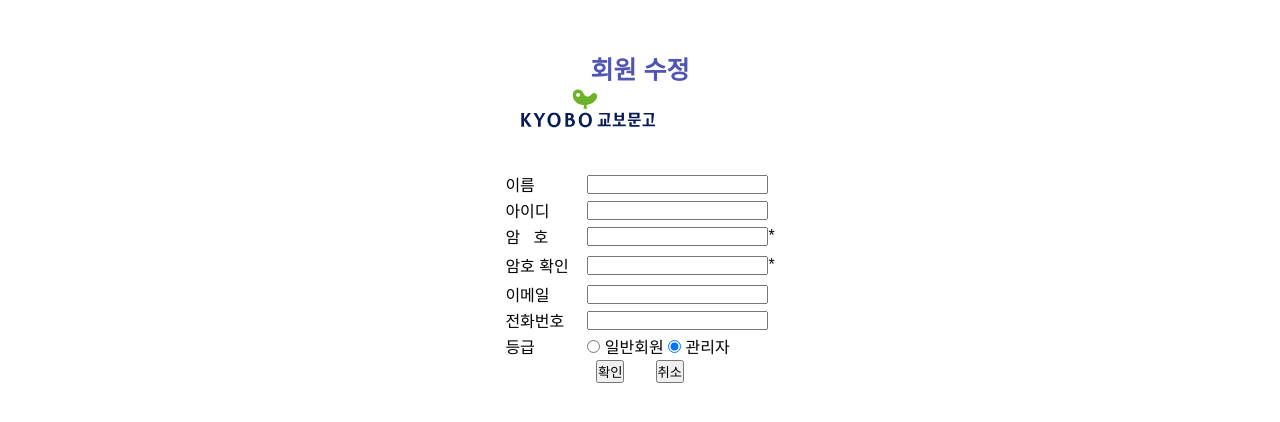
Repository: Yundanbi/Kyobo
Page: http://localhost/kyobo/memberUpdate.do
The author's editor kept a copy of each file at every save. The page is drawn from the files as they stood at one save, then again after the next save.
The browser window is 1280 px wide. The pictures show the whole page.
The page is served by Tomcat 9. Queries for data that is not in the repository find no rows.

Above is the page before, as saved 2025-06-16 06:13:15.

After the next save:
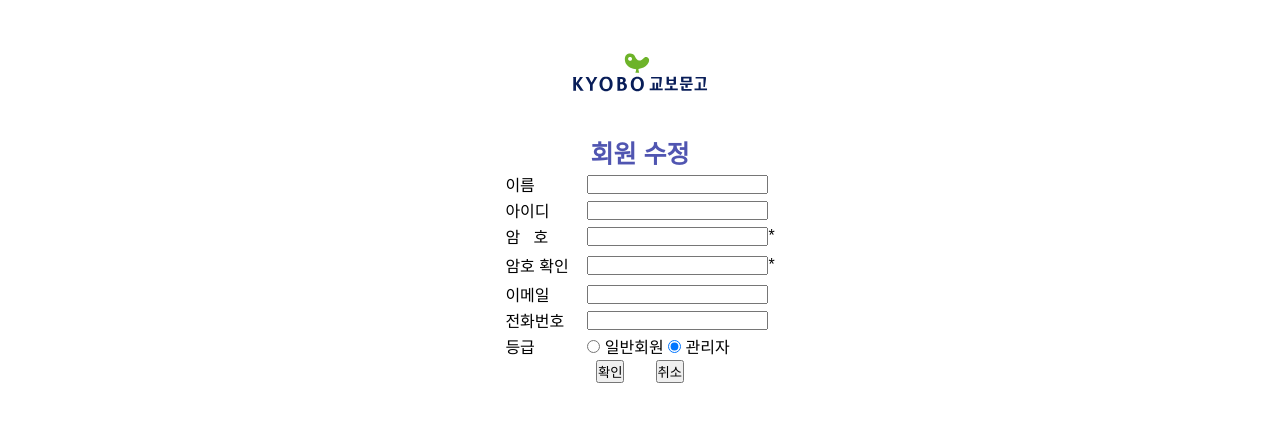
Saved 36 s later.
--- a/kyobo/src/main/webapp/member/memberUpdate.jsp
+++ b/kyobo/src/main/webapp/member/memberUpdate.jsp
@@ -74,13 +74,14 @@
 <script type="text/javascript" src="script/member.js"></script>
 </head>
 <body>
- <h2>회원 수정</h2>
-    <form action="memberUpdate.do" method="post" name="frm">
-    	<div class="logo">
+<div class="logo">
     <a href="<%= path %>/index.html">
       <img src="<%= path %>/img/logo_book.svg" alt="교보문고 로고" />
     </a>
   	</div>
+ <h2>회원 수정</h2>
+    <form action="memberUpdate.do" method="post" name="frm">
+
       <table>
         <tr>
           <td>이름</td>
